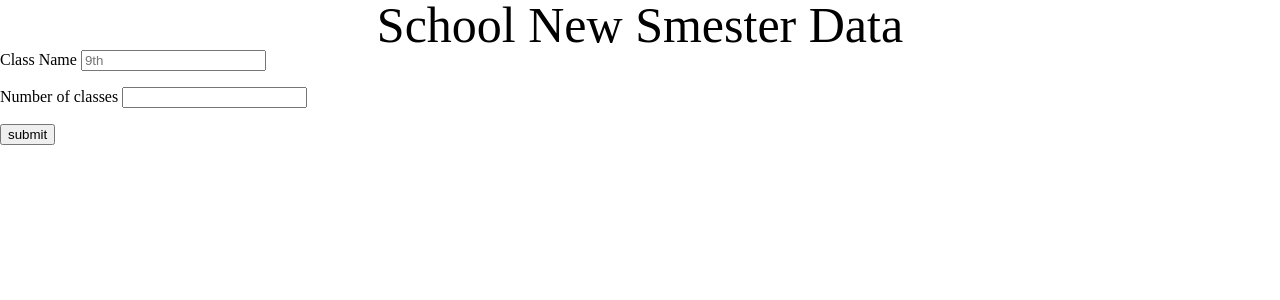
Repository: Razan-am/exam-practice
Page: index.html
The author's editor kept a copy of each file at every save. The page is drawn from the files as they stood at one save, then again after the next save.
The browser window is 1280 px wide. The pictures show the whole page.

Above is the page before, as saved 2021-05-31 00:00:47.

After the next save:
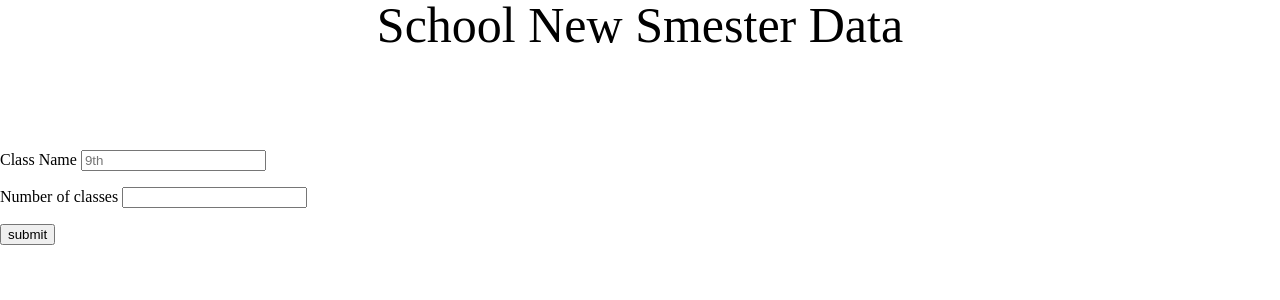
Saved 5 s later.
--- a/css/style.css
+++ b/css/style.css
@@ -1,6 +1,7 @@
 h1{
     text-align: center;
     font-size: 50px;
+    margin-bottom: 100px;
 }
 
 
